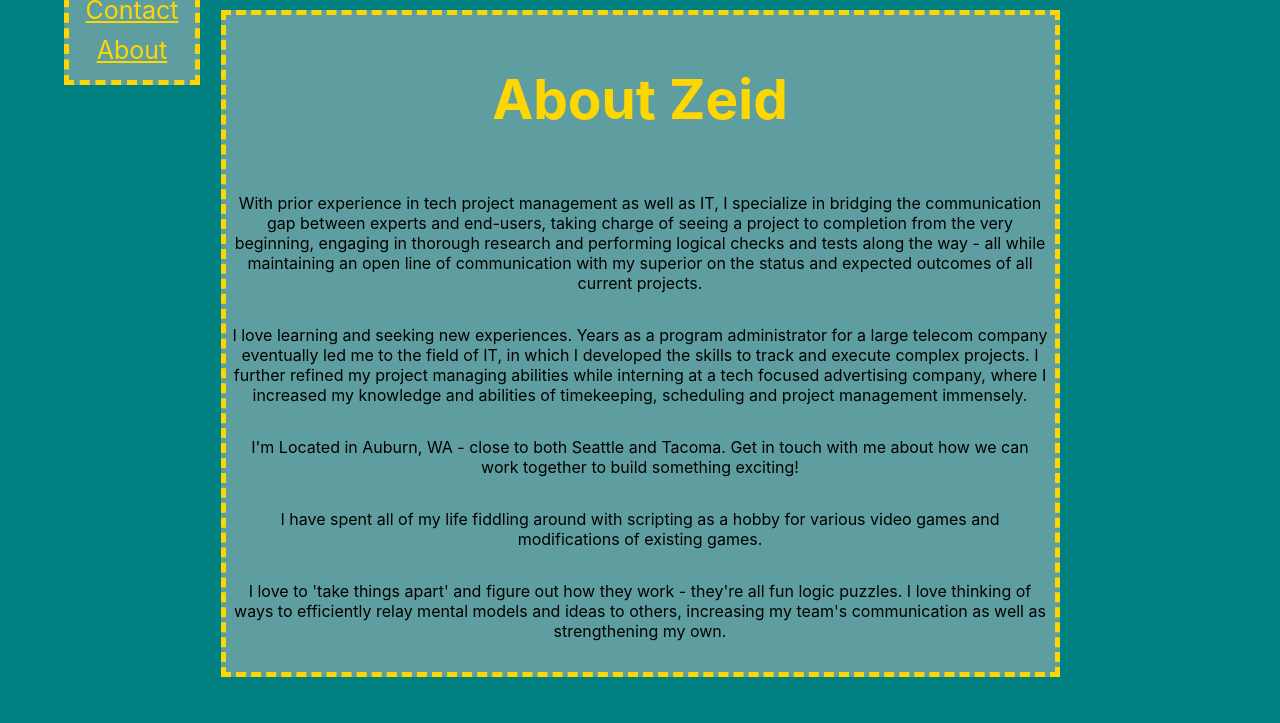
Repository: zeidalidiez/portfolioreact
Page: /About
An editor plug-in stored every save of this project. The page is shown before and after the next save, followed by the edit.
The browser window is 1280 px wide. The pictures show the whole page.
The project was rebuilt for these pictures with package versions that can differ from the ones it lists, and the page was loaded fresh each time. Also part of the build but not shown: src/components/Thumbnail.js, src/components/Projects.js, src/components/Contact.js.

Above is the page before, as saved 2021-02-08 18:52:37.

### public/index.html
<!DOCTYPE html>
<html lang="en">
  <head>
    <meta charset="utf-8" />
    <link href="data:[embedded picture, 289 characters]" rel="icon" type="image/x-icon" />    <meta name="viewport" content="width=device-width, initial-scale=1" />
    <link rel="stylesheet" href="https://cdnjs.cloudflare.com/ajax/libs/font-awesome/4.7.0/css/font-awesome.min.css">
    <meta name="theme-color" content="#000000" />
    <meta
      name="description"
      content="Web site created using create-react-app"
    />    <!--
      manifest.json provides metadata used when your web app is installed on a
      user's mobile device or desktop. See https://developers.google.com/web/fundamentals/web-app-manifest/
    -->
    <link rel="manifest" href="%PUBLIC_URL%/manifest.json" />
    <!--
      Notice the use of %PUBLIC_URL% in the tags above.
      It will be replaced with the URL of the `public` folder during the build.
      Only files inside the `public` folder can be referenced from the HTML.

      Unlike "/favicon.ico" or "favicon.ico", "%PUBLIC_URL%/favicon.ico" will
      work correctly both with client-side routing and a non-root public URL.
      Learn how to configure a non-root public URL by running `npm run build`.
    -->
    <title>Zeid Diez - Portfolio</title>
  </head>
  <body>
    <noscript>You need to enable JavaScript to run this app.</noscript>
    <div id="root"></div>
    <!--
      This HTML file is a template.
      If you open it directly in the browser, you will see an empty page.

      You can add webfonts, meta tags, or analytics to this file.
      The build step will place the bundled scripts into the <body> tag.

      To begin the development, run `npm start` or `yarn start`.
      To create a production bundle, use `npm run build` or `yarn build`.
    -->
  </body>
</html>

### src/index.js
import React from 'react';
import ReactDOM from 'react-dom';
import './index.css';
import App from './components/App';
import reportWebVitals from './reportWebVitals';

ReactDOM.render(
  <React.StrictMode>
  <App />
  </React.StrictMode>,
  document.getElementById('root')
);

// If you want to start measuring performance in your app, pass a function
// to log results (for example: reportWebVitals(console.log))
// or send to an analytics endpoint. Learn more: https://bit.ly/CRA-vitals
reportWebVitals();

### src/components/App.js
// App.jsx

import React from 'react';
import logo from './logo.svg';
// Import the BrowserRouter, Route and Link components
import {Route, BrowserRouter as Router, Link} from "react-router-dom";
import Projects from './Projects.js';
import Contact from './Contact.js';
import About from './About.js';
import './App.css';

function App() {
  return (
    <header>
    <Router>
      <div className="App">
        <Route exact path="/Projects" component={Projects} />
        <Route exact path="/Contact" component={Contact} />
        <Route exact path="/About" component={About} />
        <Route exact path="/" component={About} />
  <nav>
        <div className="navigation">
          <div className="navigation-sub">
            <Link to="/Projects" className="item">Projects</Link>
            <Link to="/Contact" className="item">Contact</Link>
            <Link to="/About" className="item">About</Link>

          </div>
        </div>
        </nav>
      </div>
    </Router>
    <menu>

</menu>
    </header>


  );
}

export default App;

### src/components/About.js
import React from "react"

function About(props) {
  return (
    <div className="aboutDiv">
      <h2>About Zeid</h2>
      <p>With prior experience in tech project management as well as IT, I specialize in bridging the communication gap between experts and end-users, taking charge of seeing a project to completion from the very beginning, engaging in thorough research and performing logical checks and tests along the way - all while maintaining an open line of communication with my superior on the status and expected outcomes of all current projects. </p>
      <p>I love learning and seeking new experiences. Years as a program administrator for a large telecom company eventually led me to the field of IT, in which I developed the skills to track and execute complex projects. I further refined my project managing abilities while interning at a tech focused advertising company, where I increased my knowledge and abilities of timekeeping, scheduling and project management immensely.</p>
      <p>I'm Located in Auburn, WA - close to both Seattle and Tacoma. Get in touch with me about how we can work together to build something exciting! </p>
      <p>I have spent all of my life fiddling around with scripting as a hobby for various video games and modifications of existing games.</p>
      <p>I love to 'take things apart' and figure out how they work - they're all fun logic puzzles. I love thinking of ways to efficiently relay mental models and ideas to others, increasing my team's communication as well as strengthening my own.</p>
    </div>
  )
}

export default About;

### src/components/App.css

body {
  background-color: teal;
  display: grid;
}
div {
display: grid;
padding: 5px;
position: relative;
text-align: center;
padding-bottom: 15px;

}
 .projectDiv {
  background-color: cadetblue;
  width: 65%;
  justify-self: center;
  align-self: center;
  align-items: center;
  border: 5px dashed gold;
 }
h2 {
  color: Gold;
  font-size: 55px;
}

/* div.project {
  text-align: center;
  font-family: Georgia, "Times New Roman", Times, serif;
  font-style: italic;
  padding-bottom: 15px;
  border: 5px dashed gold;
  width: 80%;
  justify-self: center;
} */

div.project-title {
  position: relative;
  text-align: center;
  font-family: Georgia, "Times New Roman", Times, serif;
  font-style: italic;
  padding-bottom: 15px;

}

.navigation {
text-align: center;
align-self: center;
top: 0;
position: fixed;
  }

.navigation-sub {
padding: 10px;
text-align: center;
align-self: center;
bottom: auto;
left: 5%;
position: fixed;
border: 5px dashed gold;
background-color: cadetblue;
font-size: 25px;
}

a {
  display: grid;
padding: 5px;
text-align: center;
align-self: center;
}

img {
  display: block;
  margin-left: auto;
  margin-right: auto;
  width: 50%;
}


/* unvisited link */
a:link {
  color: gold;
}

/* visited link */
a:visited {
  color: rgb(255, 208, 0);
}

/* mouse over link */
a:hover {
  color: rgb(255, 174, 0);
}

/* selected link */
a:active {
  color: rgb(255, 0, 0);
}

.aboutDiv {
  background-color: cadetblue;
  width: 65%;
  justify-self: center;
  border: 5px dashed gold;

}

form {
  background-color: cadetblue;
  width: 65%;
  justify-self: center;
  padding-bottom: 60px;
  display: grid;
  border: 5px dashed gold;
}

.emailInput {
  width: 100%;
  padding: 12px 20px;
  margin: 8px 0;
  box-sizing: border-box;
}

.messageInput {
  width: 100%;
  box-sizing: border-box;
  height: 150px;
  border-radius: 4px;
  resize: none;
}

@media screen and (max-width: 800px) {
  .navigation {
    text-align: center;
    align-self: center;
    top: 0;
    position: fixed;
      }

    .navigation-sub {
    padding: 10px;
    text-align: center;
    align-self: center;
    bottom: auto;
    left: 5%;
    position: fixed;
    border: 5px dashed gold;
    background-color: cadetblue;
    font-size: 10px;
    }
}

Loaded but not shown: src/index.css (common file); src/reportWebVitals.js (common file)

After the next save:
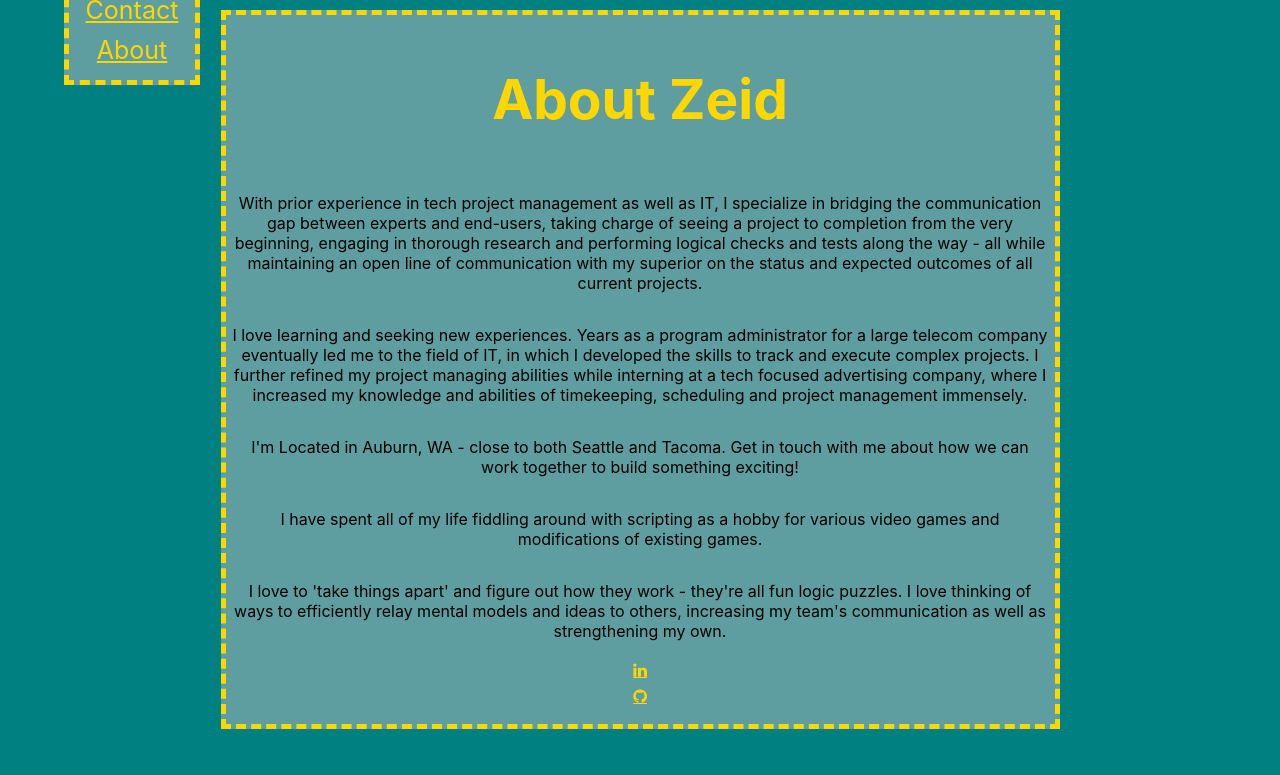
Saved 2 min 2 s later.
--- a/src/components/About.js
+++ b/src/components/About.js
@@ -9,6 +9,9 @@ function About(props) {
       <p>I'm Located in Auburn, WA - close to both Seattle and Tacoma. Get in touch with me about how we can work together to build something exciting! </p>
       <p>I have spent all of my life fiddling around with scripting as a hobby for various video games and modifications of existing games.</p>
       <p>I love to 'take things apart' and figure out how they work - they're all fun logic puzzles. I love thinking of ways to efficiently relay mental models and ideas to others, increasing my team's communication as well as strengthening my own.</p>
+
+      <a href="https://www.linkedin.com/in/zeid-diez/" class="fa fa-linkedin"></a>
+      <a href="https://github.com/zeidalidiez" class="fa fa-github"></a>
     </div>
   )
 }
